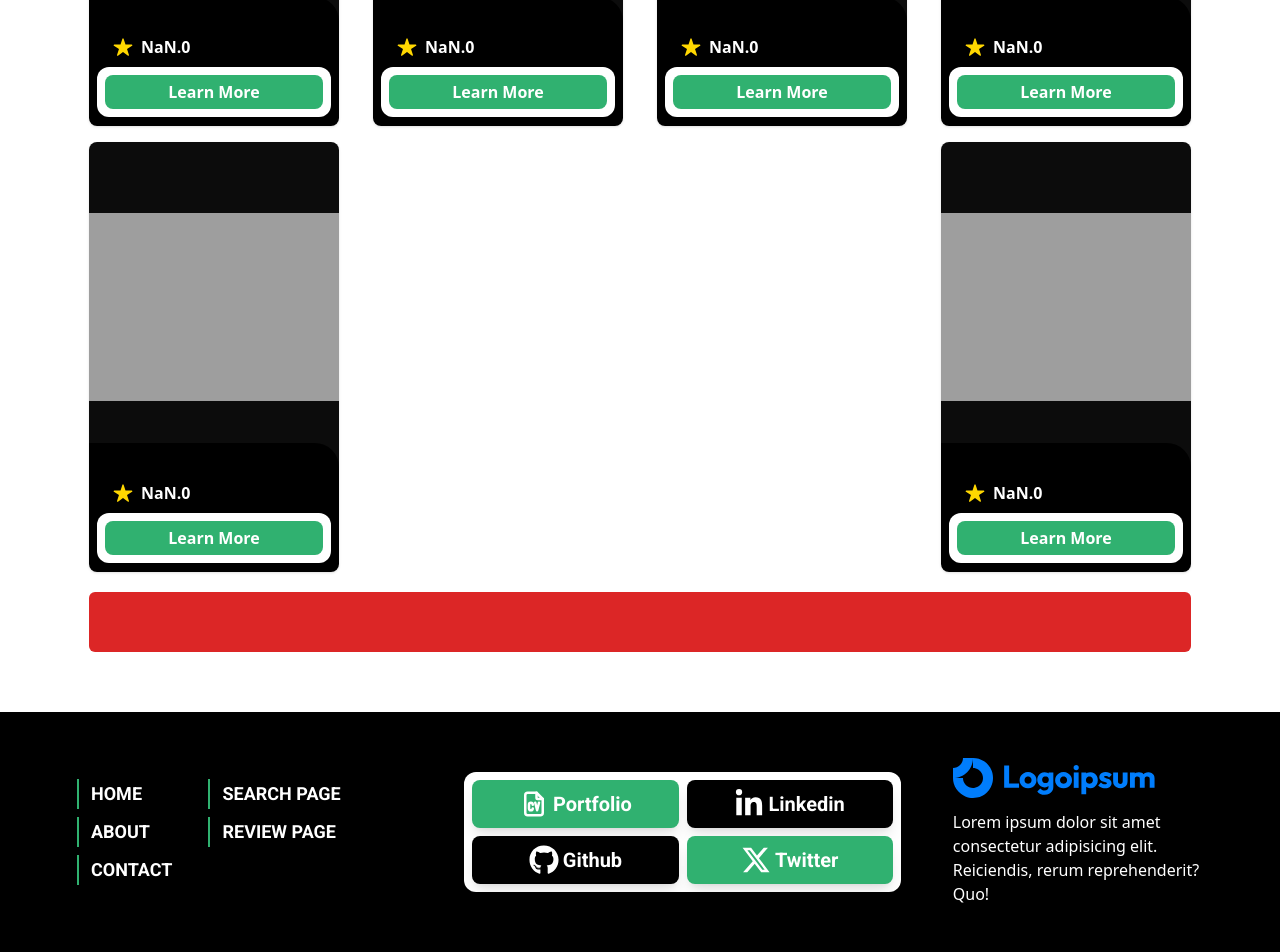
Repository: jayantatech/FrameFlick
Page: /movies
These files come from the project's save history. The page is drawn as it stood at one moment and after the next save; the edit follows.
The browser window is 1280 px wide. The pictures show the part of the page from y = 1096 to 2048 px (the page is 2048 px tall).
Pictures or frames that could not be fetched are drawn as grey boxes. The page's requests for data from a server got no answer. The project was rebuilt for these pictures with package versions that can differ from the ones it lists, and the page was loaded fresh each time. No one was signed in, and anything a server would have sent is missing. Also part of the build but not shown: vite.config.js, src/components/header/SearchBar.jsx, src/components/sliderComponent/button.css, src/components/sliderComponent/SliderComponent.jsx, src/pages/home/comingAttractions/ComingAttractions.jsx, src/pages/home/currentFavorites/CurrentFavorites.jsx, src/pages/home/movieGenres/MovieGenres.jsx, src/components/responsiveTitle/responsiveTitle.jsx and 11 more.

Above is the page before, as saved 2024-02-13 19:06:02.

After the next save:
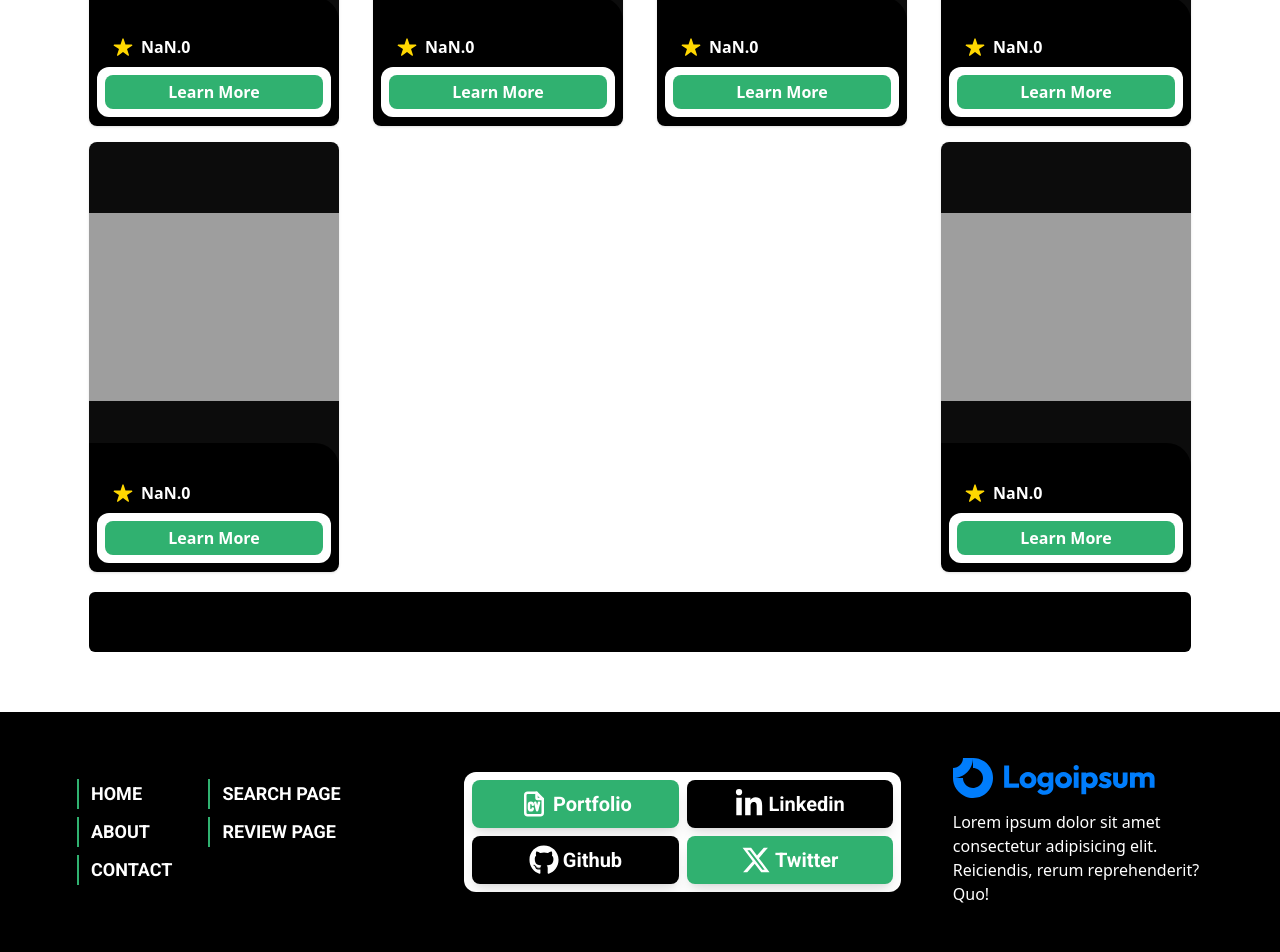
Saved 21 s later.
--- a/src/pages/moviePage/allMovies/AllMovies.jsx
+++ b/src/pages/moviePage/allMovies/AllMovies.jsx
@@ -20,7 +20,7 @@ const AllMovies = () => {
             <FilmCard />
             <FilmCard />
           </div>
-          <div className=" w-full h-[60px] bg-red-600 rounded-md"></div>
+          <div className=" w-full h-[60px] bg-[#000] rounded-md"></div>
         </div>
       </ContentWrapper>
     </div>
